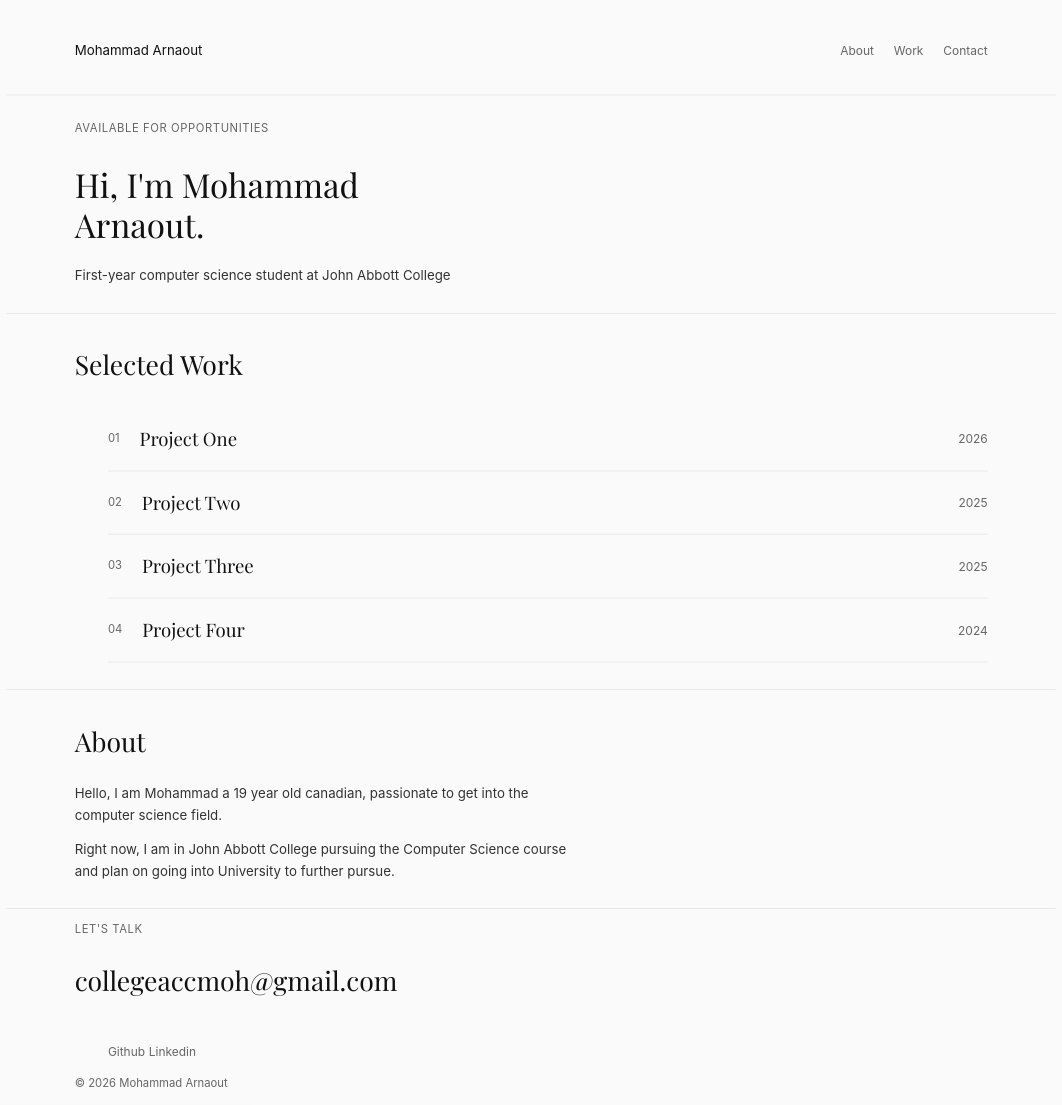
Repository: Moh-Arna/Moh-Arna
Page: index.html
The author's editor kept a copy of each file at every save. The page is drawn from the files as they stood at one save, then again after the next save.
The browser window is 1280 px wide. The pictures show the whole page, at 83% of full size.
Some web fonts or font styles are not loaded; a fallback is used.

Above is the page before, as saved 2026-04-22 10:51:17.

After the next save:
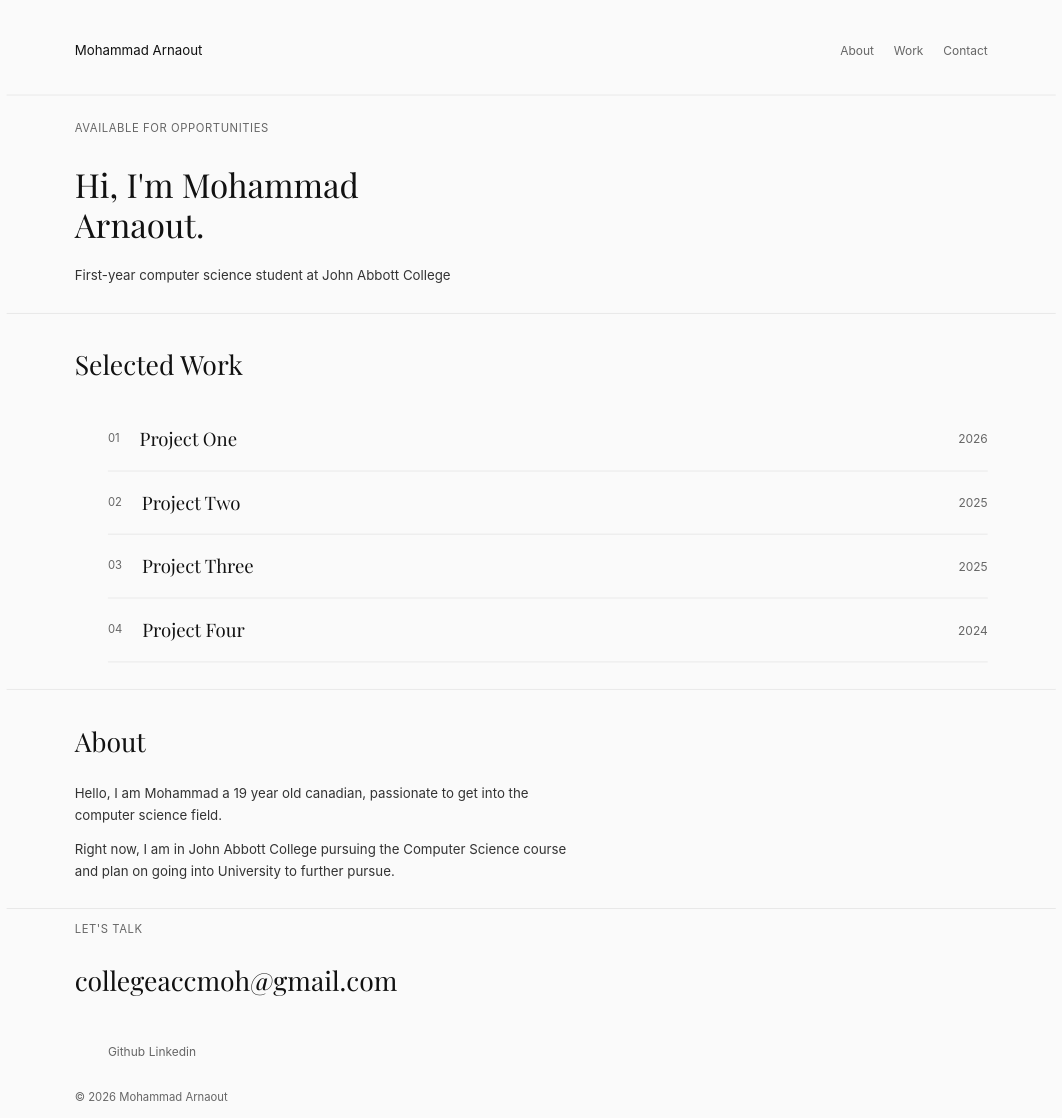
Saved 2 min 27 s later.
--- a/styles/index.css
+++ b/styles/index.css
@@ -116,7 +116,7 @@
 .socials{
     display: flex;
     gap: 1.5rem;
-    margin-bottom: rem;
+    margin-bottom: 2rem;
 }
 
 .socials a{
